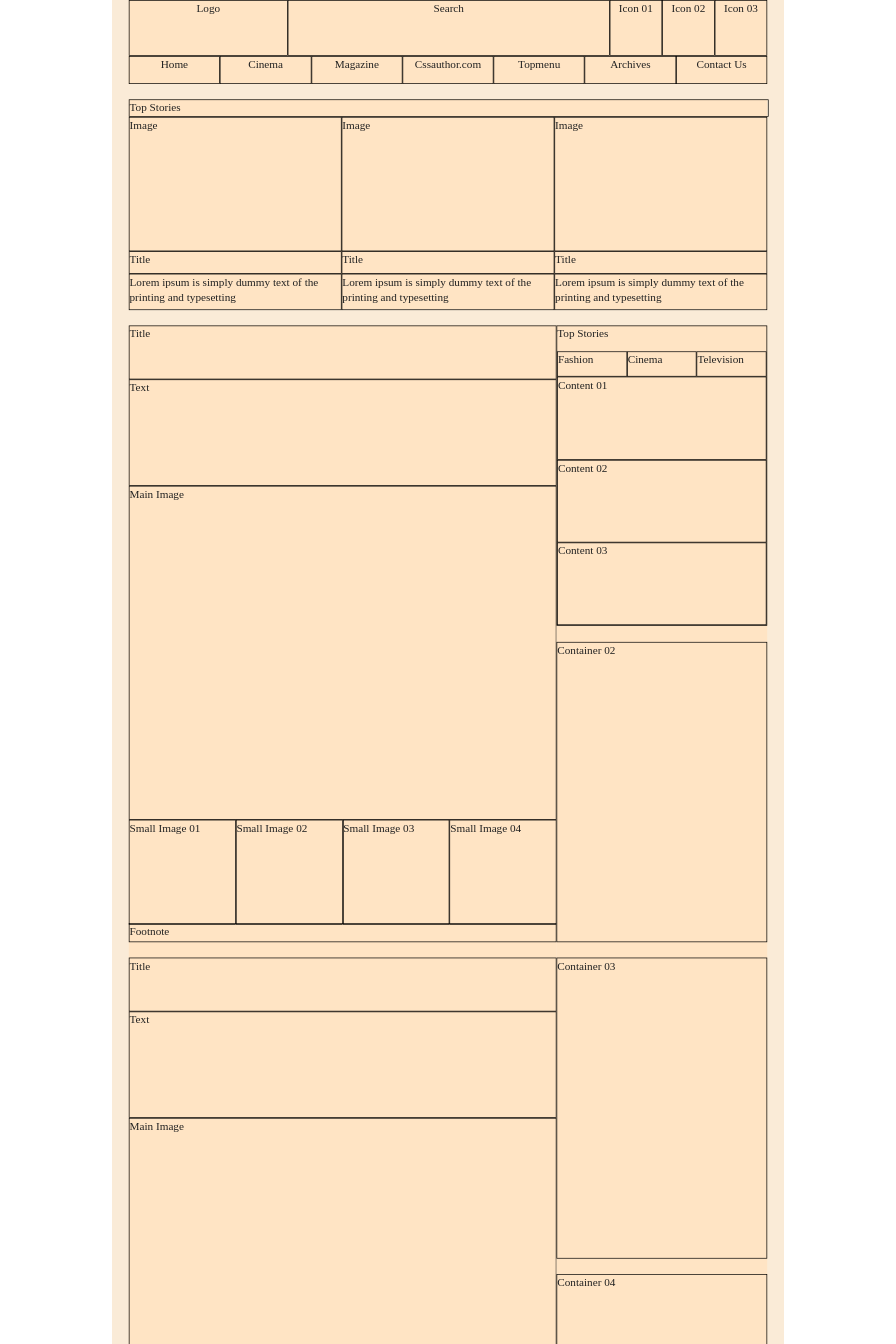
Repository: giovanabirck/cover-magazine-giovanabirck
Page: index.html
These files come from the project's save history. The page is drawn as it stood at one moment and after a run of saves; the edit follows.
The browser window is 1280 px wide. The pictures show the part of the page from y = 0 to 1920 px (the page is 5000 px tall), at 70% of full size.

Above is the page before, as saved 2023-01-14 12:11:28.

After the next 2 saves:
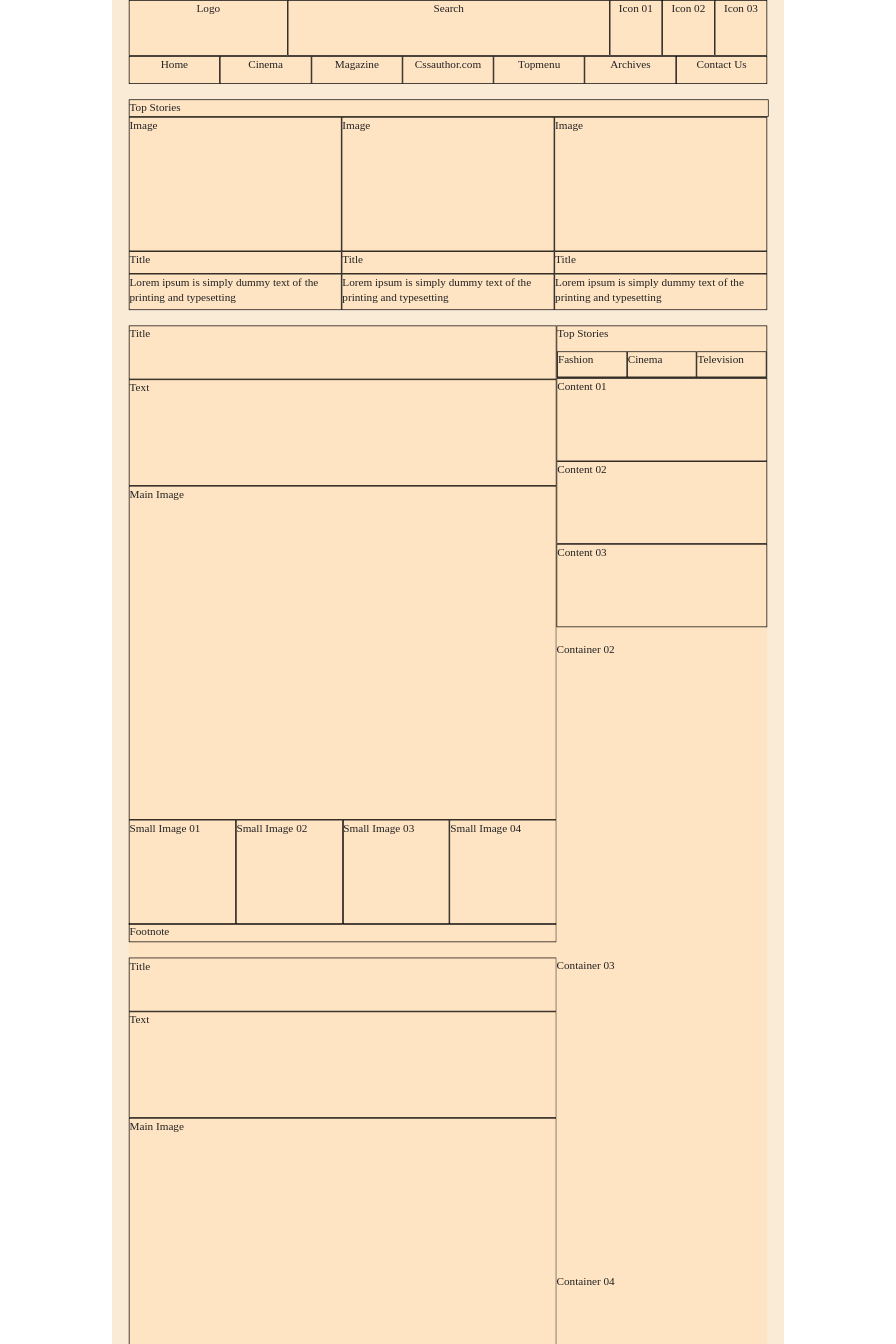
The 2 saves are shown as one change because they came seconds apart.
The last was saved 32 s later.
--- a/css/main.css
+++ b/css/main.css
@@ -422,11 +422,11 @@
 }
 
 .main-side-container{
-  border: solid 1px black;
   height: 100%;
 }
 
 .main-side-container01-title{
+  border: solid 1px black;
   height: 17%;
   display: flex;
   flex-direction: column;
